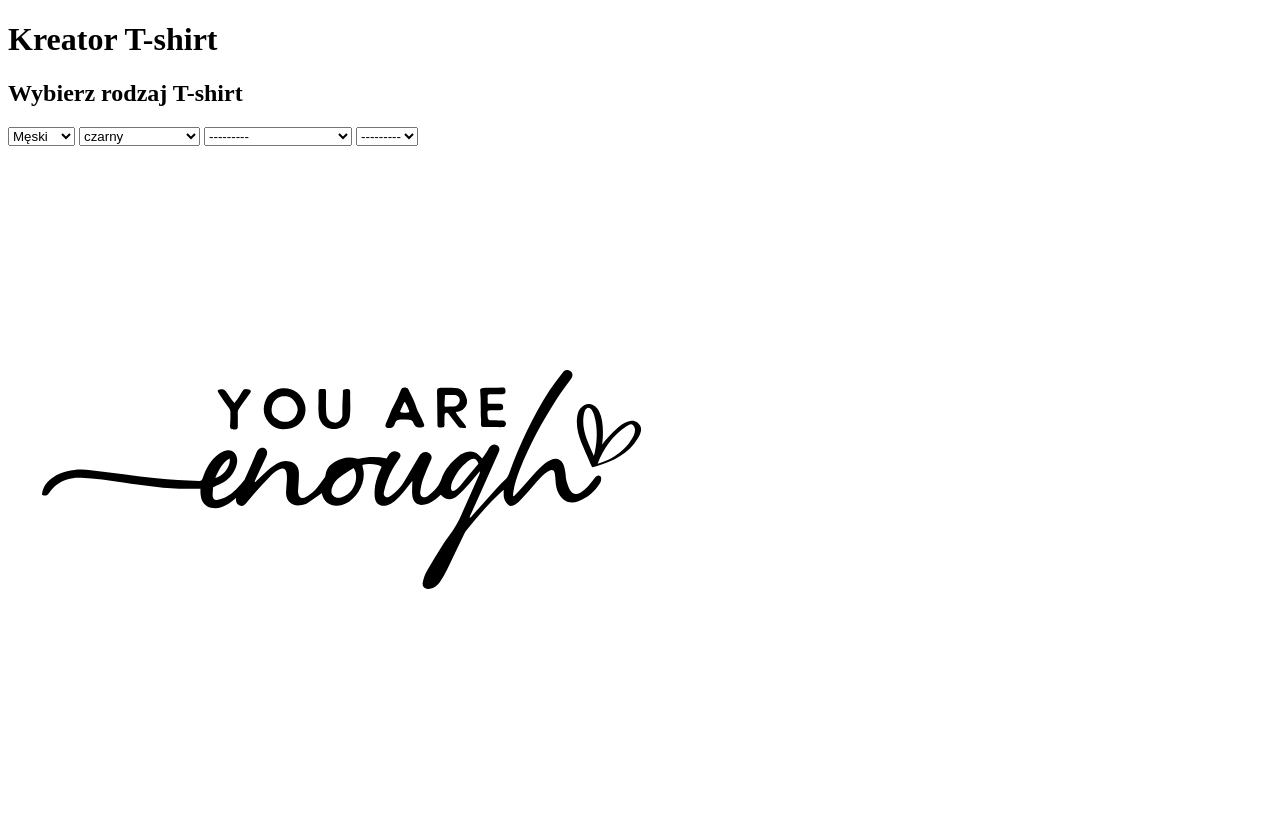
Repository: artek313/clothes
Page: index.html
These files come from the project's save history. The page is drawn as it stood at one moment and after the next save; the edit follows.
The browser window is 1280 px wide. The pictures show the whole page.
After loading, the first visible `#colorTshirt` was changed once.

Above is the page before, as saved 2024-04-29 15:14:45.

After the next save:
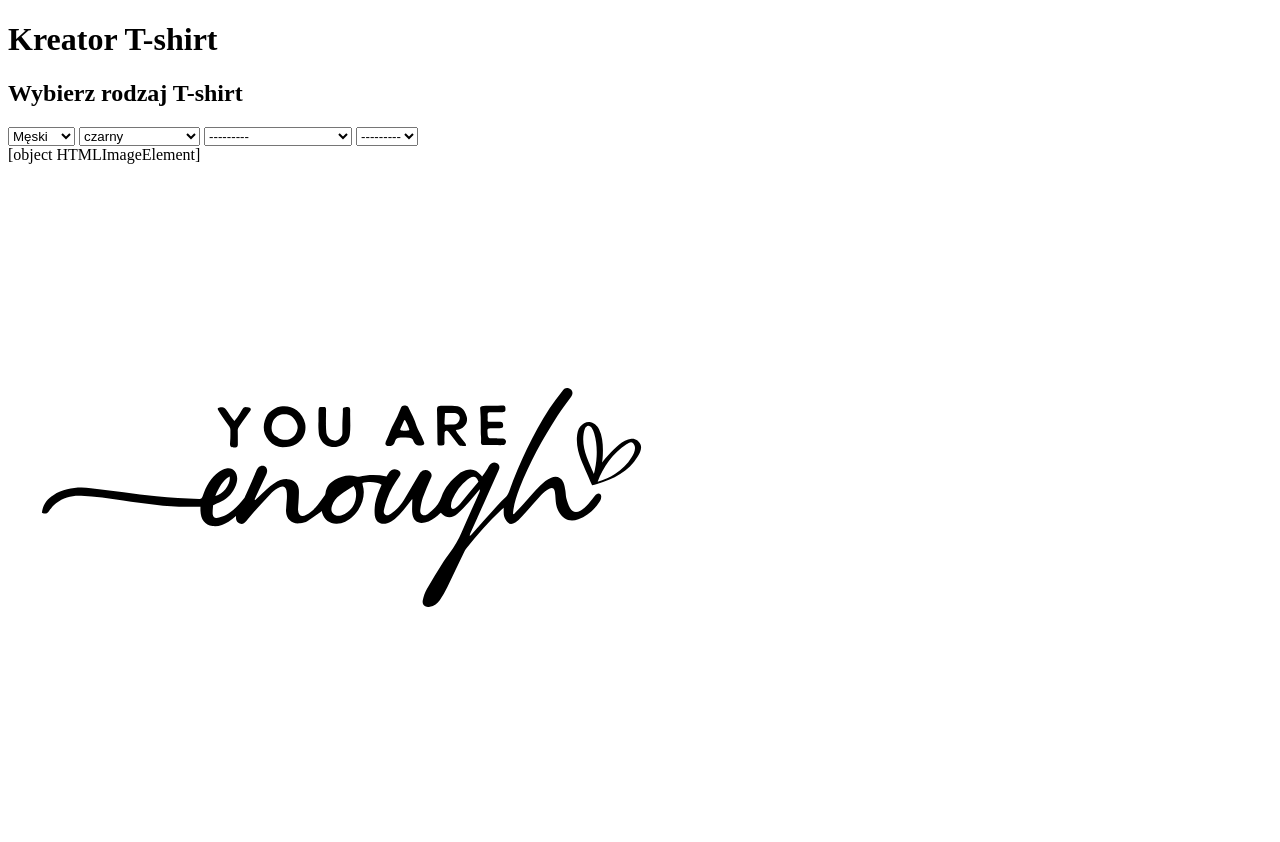
Saved 5 min 27 s later.
--- a/script.js
+++ b/script.js
@@ -34,7 +34,9 @@ function init() {
 
 	colorTshirtSelect.addEventListener('change', function (e) {
 		colorTshirt = e.target.value
-		tshirtMockup.style.backgroundImage = `url('./img/${kindTshirt}/mockupColors/${colorTshirt}.png')`
+		const mockupImg = document.createElement('img')
+		mockupImg.setAttribute('src', `img/${kindTshirt}/mockupColors/${colorTshirt}`)
+		tshirtMockup.innerHTML = mockupImg
 	})
 
 	overPrintColorSelect.addEventListener('change', function (e) {
